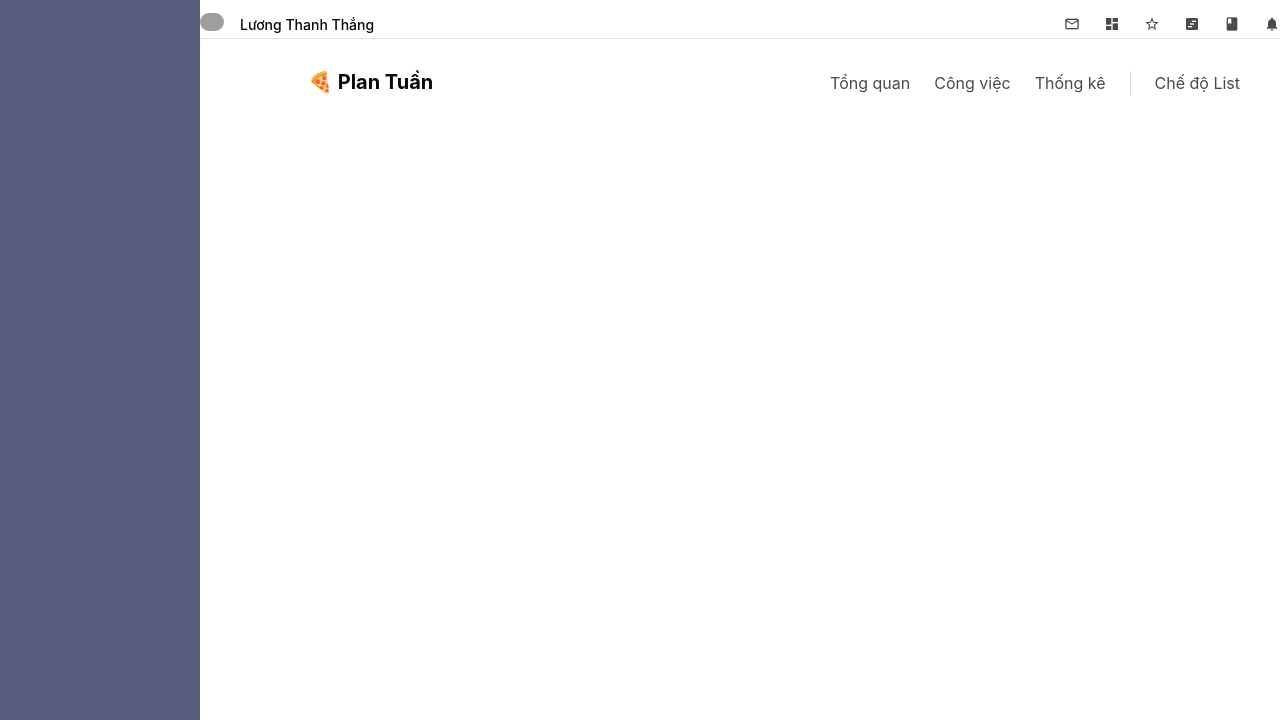
Repository: luongthanhthang/revision-front-end
Page: ke-hoach.html
An editor plug-in stored every save of this project. The page is shown before and after the next save, followed by the edit.
The browser window is 1280 px wide. The pictures show the whole page.
Pictures or frames that could not be fetched are drawn as grey boxes. Some web libraries are served in a nearby version.

Above is the page before, as saved 2023-02-11 10:49:16.

### ke-hoach.html
<!DOCTYPE html>
<html>
  <head>
    <meta charset="utf-8" />
    <meta http-equiv="X-UA-Compatible" content="IE=edge" />
    <title>Ke hoạch</title>
    <meta name="viewport" content="width=device-width, initial-scale=1" />
    <link rel="preconnect" href="https://fonts.googleapis.com"/>
    <link rel="preconnect" href="https://fonts.gstatic.com" crossorigin />
    <link href="https://fonts.googleapis.com/css2?family=Inter:wght@100;200;300;400;500;600;700;800;900&display=swap"
      rel="stylesheet"/>
    <link href="https://fonts.googleapis.com/css2?family=Bebas+Neue&display=swap"
      rel="stylesheet"/>
    <link rel="stylesheet" href="assets/css/ke_hoach.css"/>
    <link href="https://fonts.googleapis.com/icon?family=Material+Icons" rel="stylesheet"/>
    <link rel="stylesheet" href="assets/css/bulma/css/bulma.min.css">
    <script src="https://kit.fontawesome.com/e1f8756e73.js" crossorigin="anonymous"></script>
  </head>
  <body>
    <div id = "main" class="columns is-gapless">
      <aside class="column is-narrow">
        <section id="sidebar"></section>
      </aside>
      <section id="content" class="column">
        <header id="header" class="main-header">
          <ul class="columns is-vcentered">
            <li class="column">
              <div class="icon-text">
                <span class="icon image is-24x24">
                  <img class="is-rounded" src="https://avatars.dicebear.com/api/adventurer-neutral/231441AAFA.svg">
                </span>
                <span class="has-text-black has-text-weight-medium font-14 ml-3">Lương Thanh Thắng</span>
              </div>
            </li>
            <li class="column is-narrow px-2">
              <div>
                <span class="icon">
                  <span class="material-icons is-size-6">mail_outline</span>
                </span>
              </div>
            </li>
            <li class="column is-narrow px-2">
              <div>
                <span class="icon">
                  <span class="material-icons material-icons-outlined is-size-6">dashboard</span>
                </span>
              </div>
            </li>
            <li class="column is-narrow px-2">
              <div>
                <span class="icon">
                  <span class="material-icons material-icons-outlined is-size-6">star_outline</span>
                </span>
              </div>
            </li>
            <li class="column is-narrow px-2">
              <div>
                <span class="icon">
                  <span class="material-icons material-icons-outlined is-size-6">view_timeline</span>
                </span>
              </div>
            </li>
            <li class="column is-narrow px-2">
              <div>
                <span class="icon">
                  <span class="material-icons material-icons-outlined is-size-6">book</span>
                </span>
              </div>
            </li>
            <li class="column is-narrow px-2">
              <div>
                <span class="icon">
                  <span class="material-icons material-icons-outlined is-size-6">notifications</span>
                </span>
              </div>
            </li>
          </ul>
        </header>

        <section class="main-content columns">
          <div class="nav column is-narrow">
            <div class="py-3 team card">

            </div>
          </div>
          <div class="content column">
            <div class="content-right px-4 pb-0">
              <div class="title-content px-5 py-3">
                <ul class="columns">
                  <li class="column">
                    <div class="has-text-weight-bold has-text-black is-size-5">🍕 Plan Tuần</div>
                  </li>
                  <li class="column is-narrow">Tổng quan</li>
                  <li class="column is-narrow">Công việc</li>
                  <li class="column is-narrow">Thống kê</li>
                  <li class="column is-narrow">
                    <div style="width: 1px; height: 24px; background: #D9D9D9;"></div>
                  </li>
                  <li class="column is-narrow">
                    <div class="dropdown">Chế độ List</div>
                  </li>
                </ul>
              </div>
            </div>
          </div>
        </section>
      </section>
    </div>
    <script src="assets/js/ke-hoach.js"></script>
  </body>
</html>

### assets/css/ke_hoach.css
* {
  padding: 0;
  margin: 0;
  box-sizing: border-box;
}

body {
  font-family: "Inter", Arial, sans-serif;
  font-weight: 400;
  line-height: 1.5rem;
}

li {
  list-style-type: none;
}

a {
  text-decoration: underline;
}

table {
  border-spacing: 0px;
  width: 100%;
}

.font-14 {
  font-size: 14px !important;
}

#main {
  margin: 0;
  height: 100vh;
  overflow-y: auto;
  overflow-x: hidden;
}
#main #sidebar {
  width: 200px;
  height: 100vh;
  background-color: #585c7d;
}
#main #content {
  width: calc(100% - 200px);
  height: 100vh;
  overflow-y: auto;
  overflow-x: hidden;
}
#main #content .main-header {
  background-color: #fff;
  border-bottom: 1px solid #e2e2e2;
  position: sticky;
  top: 0;
  z-index: 1;
}

/*# sourceMappingURL=ke_hoach.css.map */

Loaded but not shown: assets/css/bulma/css/bulma.min.css (library); assets/js/ke-hoach.js (no copy from this time; the picture is the same without it)

After the next save:
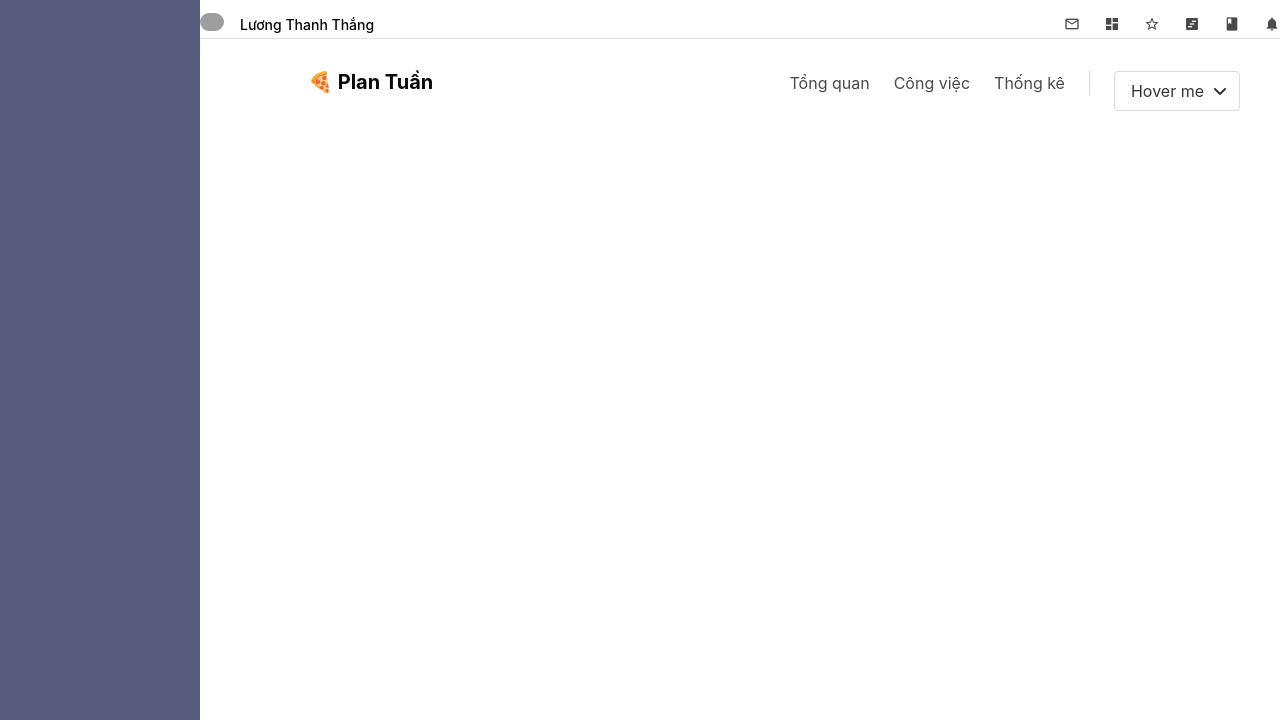
Saved 49 s later.
--- a/ke-hoach.html
+++ b/ke-hoach.html
@@ -97,7 +97,23 @@
                     <div style="width: 1px; height: 24px; background: #D9D9D9;"></div>
                   </li>
                   <li class="column is-narrow">
-                    <div class="dropdown">Chế độ List</div>
+                    <div class="dropdown is-hoverable">
+                      <div class="dropdown-trigger">
+                          <button class="button" aria-haspopup="true" aria-controls="dropdown-menu4">
+                              <span>Hover me</span>
+                              <span class="icon is-small">
+                                  <i class="fas fa-angle-down" aria-hidden="true"></i>
+                              </span>
+                          </button>
+                      </div>
+                      <div class="dropdown-menu" id="dropdown-menu4" role="menu">
+                          <div class="dropdown-content">
+                              <div class="dropdown-item">
+                                  <p>Lorem, ipsum dolor sit amet consectetur adipisicing.</p>
+                              </div>
+                          </div>
+                      </div>
+                  </div>
                   </li>
                 </ul>
               </div>
